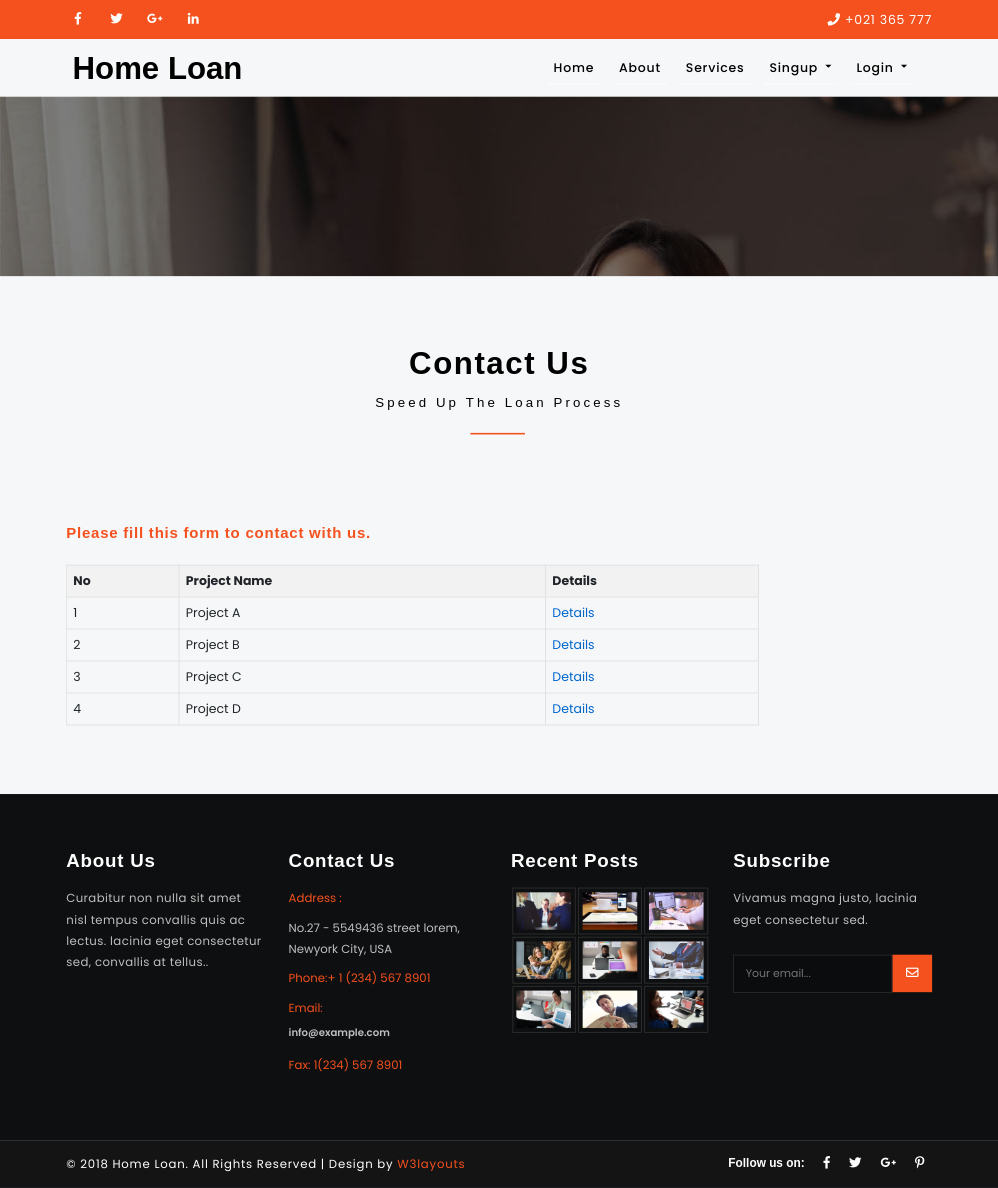
Repository: 72-faisal/Spring-MVC-project
Page: http://localhost/HomeLoan/WEB-INF/views/ApprovedProjectList.jsp
The author's editor kept a copy of each file at every save. The page is drawn from the files as they stood at one save, then again after the next save.
The browser window is 1280 px wide. The pictures show the whole page, at 78% of full size.
Some web fonts or font styles are not loaded; a fallback is used. The page is served by Tomcat 9. Nobody is signed in. Other server files are loaded and not shown. The template is opened directly, without the code that normally fills it, so the values that code supplies are empty.

Above is the page before, as saved 2023-12-29 05:02:56.

### HomeLoan/src/main/webapp/WEB-INF/views/ApprovedProjectList.jsp
<%@ page language="java" contentType="text/html; charset=ISO-8859-1"
	pageEncoding="ISO-8859-1"%>

<!--
Author: W3layouts
Author URL: http://w3layouts.com
License: Creative Commons Attribution 3.0 Unported
License URL: http://creativecommons.org/licenses/by/3.0/
-->
<!DOCTYPE HTML>
<html lang="zxx">

<head>
<title>Home Loan a Banking Category Flat Bootstrap Responsive
	Website Template | Contact :: w3layouts</title>
<meta name="viewport" content="width=device-width, initial-scale=1">
<meta charset="utf-8">
<meta name="keywords"
	content="Home Loan Responsive web template, Bootstrap Web Templates, Flat Web Templates, Android Compatible web template,
SmartPhone Compatible web template, free WebDesigns for Nokia, Samsung, LG, SonyEricsson, Motorola web design" />
<script>
	addEventListener("load", function() {
		setTimeout(hideURLbar, 0);
	}, false);

	function hideURLbar() {
		window.scrollTo(0, 1);
	}
</script>

<!-- Bootstrap Core CSS -->
<link href="<%=request.getContextPath()%>/resources/css/bootstrap.css"
	rel='stylesheet' type='text/css' />
<link href="<%=request.getContextPath()%>/resources/css/style.css"
	rel='stylesheet' type='text/css' />
<!-- font-awesome icons -->
<link
	href="<%=request.getContextPath()%>/resources/css/fontawesome-all.min.css"
	rel="stylesheet">
<!-- //Custom Theme files -->
<!-- online fonts -->
<!-- titles -->
<link
	href="//fonts.googleapis.com/css?family=Raleway:300,400,500,600,700,800,900"
	rel="stylesheet">
<!-- body -->
<link href="//fonts.googleapis.com/css?family=Poppins:400,500,600,700,800" rel="stylesheet">


	<style type="text/css">
        table {
            width: 80%; /* Adjust the width as needed (e.g., 70% to 80%) */
            border-collapse: collapse;
            margin-top: 20px;
        }

        th, td {
            border: 1px solid #dddddd;
            text-align: left;
            padding: 8px;
        }

        th {
            background-color: #f2f2f2;
        }

        a {
            color: #0066cc;
            text-decoration: none;
        }

        a:hover {
            text-decoration: underline;
        }
    </style>
</head>


<body>

	<!-- header -->
	<header>
		<div class="top">
			<div class="container">
				<div class="t-op row">
					<div class="col-sm-6 top-middle">
						<ul>
							<li><a href="#"><i class="fab fa-facebook-f"></i></a></li>
							<li><a href="#"><i class="fab fa-twitter"></i></a></li>
							<li><a href="#"><i class="fab fa-google-plus-g"></i></a></li>
							<li><a href="#"><i class="fab fa-linkedin-in"></i></a></li>
						</ul>
					</div>
					<div class="col-sm-6 top-left">
						<ul>
							<li><i class="fas fa-phone"></i> +021 365 777</li>
						</ul>
					</div>
				</div>
			</div>
		</div>
		<div class="container">
			<nav class="navbar navbar-expand-lg navbar-light">
				<h1>
					<a class="navbar-brand text-capitalize" href=index> Home Loan </a>
				</h1>
				<button class="navbar-toggler" type="button" data-toggle="collapse"
					data-target="#navbarSupportedContent"
					aria-controls="navbarSupportedContent" aria-expanded="false"
					aria-label="Toggle navigation">
					<span class="navbar-toggler-icon"></span>
				</button>

				<div class="collapse navbar-collapse" id="navbarSupportedContent">
					<ul class="navbar-nav text-center  ml-lg-auto">
						<li class="nav-item mr-3"><a class="nav-link" href=index>Home
								<span class="sr-only">(current)</span>
						</a></li>
						<li class="nav-item  mr-3"><a class="nav-link" href="about">About</a>
						</li>
						<li class="nav-item  mr-3"><a class="nav-link"
							href="services">Services</a></li>
						<li class="nav-item dropdown mr-3"><a
							class="nav-link dropdown-toggle" href="#" id="navbarDropdown"
							role="button" data-toggle="dropdown" aria-haspopup="true"
							aria-expanded="false"> Singup </a>
							<div class="dropdown-menu" aria-labelledby="navbarDropdown">
								<a class="dropdown-item" href="UserRegister">Register</a>
								<!-- <a class="dropdown-item" href="gallery">Gallery</a> -->
							</div></li>
						<li class="nav-item dropdown mr-3"><a
							class="nav-link dropdown-toggle" href="#" id="navbarDropdown"
							role="button" data-toggle="dropdown" aria-haspopup="true"
							aria-expanded="false"> Login </a>
							<div class="dropdown-menu" aria-labelledby="navbarDropdown">
								<a class="dropdown-item" href="UserLogin">Login</a>
								<!-- <a class="dropdown-item" href="gallery">Gallery</a> -->
							</div></li>
						<!-- 	<li class="nav-item active"><a class="nav-link"
							href="contact">contact</a></li> -->
					</ul>
				</div>
			</nav>
		</div>
	</header>
	<!-- //header -->
	<!-- banner -->
	<section class="banner-1"></section>
	<!-- //banner -->
	<!--/contact-->
	<section class="contact py-5">
		<div class="container py-md-4 mt-md-3">
			<h2 class="heading-agileinfo">
				Contact Us<span>Speed Up The Loan Process</span>
			</h2>
			<span class="w3-line black"></span>
			<div class="inner-sec-w3layouts-agileinfo mt-md-5 pt-5">

				<div class="contact_grid_right mt-5">
					<h6>Please fill this form to contact with us.</h6>
					<form action="UploadDocuments" method="post"
						enctype="multipart/form-data">

						<table>
							<thead>
								<tr>
									<th>No</th>
									<th>Project Name</th>
									<th>Details</th>
								</tr>
							</thead>
							<tbody>
								<tr>
									<td>1</td>
									<td>Project A</td>
									<td><a href="http://example.com/projectA/details">Details</a></td>
								</tr>
								<tr>
									<td>2</td>
									<td>Project B</td>
									<td><a href="http://example.com/projectB/details">Details</a></td>
								</tr>
								<tr>
									<td>3</td>
									<td>Project C</td>
									<td><a href="http://example.com/projectC/details">Details</a></td>
								</tr>
								<tr>
									<td>4</td>
									<td>Project D</td>
									<td><a href="http://example.com/projectD/details">Details</a></td>
								</tr>
							</tbody>
						</table>
					</form>
				</div>
			</div>
		</div>
	</section>
	<!--//contact-->
	<!--footer-->
	<footer>
		<div class="container py-md-4 mt-md-3">
			<div class="row footer-top-w3layouts-agile py-5">
				<div class="col-lg-3 col-md-6 col-sm-6 footer-grid">
					<div class="footer-title">
						<h3>About Us</h3>
					</div>
					<div class="footer-text">
						<p>Curabitur non nulla sit amet nisl tempus convallis quis ac
							lectus. lacinia eget consectetur sed, convallis at tellus..</p>

					</div>
				</div>
				<div class="col-lg-3 col-md-6 col-sm-6 footer-grid">
					<div class="footer-title">
						<h3>Contact Us</h3>
					</div>
					<div class="footer-office-hour">
						<ul>
							<li class="hd">Address :</li>
							<li>No.27 - 5549436 street lorem, Newyork City, USA</li>

						</ul>
						<ul>
							<li class="hd">Phone:+ 1 (234) 567 8901</li>
							<li class="hd">Email: <a href="mailto:info@example.com">info@example.com</a>
							</li>
							<li class="hd">Fax: 1(234) 567 8901</li>
						</ul>
					</div>
				</div>
				<div class="col-lg-3 col-md-6 col-sm-6 footer-grid">
					<div class="footer-title">
						<h3>Recent Posts</h3>
					</div>
					<div class="footer-list">
						<div class="flickr-grid">
							<a href="#" data-toggle="modal" data-target="#myModal"> <img
								src="<%=request.getContextPath()%>/resources/images/g1.jpg"
								class="img-fluid" alt=" ">
							</a>
						</div>
						<div class="flickr-grid">
							<a href="#" data-toggle="modal" data-target="#myModal"> <img
								src="<%=request.getContextPath()%>/resources/images/g2.jpg"
								class="img-fluid" alt=" ">
							</a>
						</div>
						<div class="flickr-grid">
							<a href="#" data-toggle="modal" data-target="#myModal"> <img
								src="<%=request.getContextPath()%>/resources/images/g3.jpg"
								class="img-fluid" alt=" ">
							</a>
						</div>
						<div class="flickr-grid">
							<a href="#" data-toggle="modal" data-target="#myModal"> <img
								src="<%=request.getContextPath()%>/resources/images/g4.jpg"
								class="img-fluid" alt=" ">
							</a>
						</div>
						<div class="flickr-grid">
							<a href="#" data-toggle="modal" data-target="#myModal"> <img
								src="<%=request.getContextPath()%>/resources/images/g5.jpg"
								class="img-fluid" alt=" ">
							</a>
						</div>
						<div class="flickr-grid">
							<a href="#" data-toggle="modal" data-target="#myModal"> <img
								src="<%=request.getContextPath()%>/resources/images/g6.jpg"
								class="img-fluid" alt=" ">
							</a>
						</div>
						<div class="flickr-grid">
							<a href="#" data-toggle="modal" data-target="#myModal"> <img
								src="<%=request.getContextPath()%>/resources/images/g7.jpg"
								class="img-fluid" alt=" ">
							</a>
						</div>
						<div class="flickr-grid">
							<a href="#" data-toggle="modal" data-target="#myModal"> <img
								src="<%=request.getContextPath()%>/resources/images/g9.jpg"
								class="img-fluid" alt=" ">
							</a>
						</div>
						<div class="flickr-grid">
							<a href="#" data-toggle="modal" data-target="#myModal"> <img
								src="<%=request.getContextPath()%>/resources/images/g8.jpg"
								class="img-fluid" alt=" ">
							</a>
						</div>
						<div class="clearfix"></div>
					</div>
				</div>
				<div class="col-lg-3 col-md-6 col-sm-6 footer-grid">
					<div class="footer-title">
						<h3>Subscribe</h3>
					</div>
					<p>Vivamus magna justo, lacinia eget consectetur sed.</p>
					<form action="#" method="post" class="newsletter">
						<input class="email" type="email" placeholder="Your email..."
							required="">
						<button class="btn1">
							<i class="far fa-envelope"></i>
						</button>
					</form>
					<div class="clearfix"></div>
				</div>
			</div>
		</div>
	</footer>
	<!---->
	<div class="copyright py-3">
		<div class="container">
			<div class="copyrighttop">
				<ul>
					<li>
						<h4>Follow us on:</h4>
					</li>
					<li><a class="facebook" href="#"> <i
							class="fab fa-facebook-f"></i>
					</a></li>
					<li><a class="facebook" href="#"> <i
							class="fab fa-twitter"></i>
					</a></li>
					<li><a class="facebook" href="#"> <i
							class="fab fa-google-plus-g"></i>
					</a></li>
					<li><a class="facebook" href="#"> <i
							class="fab fa-pinterest-p"></i>
					</a></li>
				</ul>
			</div>
			<div class="copyrightbottom">
				<p>
					© 2018 Home Loan. All Rights Reserved | Design by <a
						href="http://w3layouts.com/">W3layouts</a>
				</p>
			</div>
			<div class="clearfix"></div>
		</div>
	</div>
	<!-- Modal -->
	<div class="modal fade" id="myModal" tabindex="-1" role="dialog"
		aria-labelledby="exampleModalCenterTitle" aria-hidden="true">
		<div class="modal-dialog modal-dialog-centered" role="document">
			<div class="modal-content">
				<div class="modal-header">
					<h4 class="modal-title">Home Loan</h4>
					<button type="button" class="close" data-dismiss="modal"
						aria-label="Close">
						<span aria-hidden="true">&times;</span>
					</button>
				</div>
				<div class="modal-body">
					<div class="agileits-w3layouts-info">
						<img src="<%=request.getContextPath()%>/resources/images/g6.jpg"
							class="img-fluid" alt="" />
						<p>Duis venenatis, turpis eu bibendum porttitor, sapien quam
							ultricies tellus, ac rhoncus risus odio eget nunc. Pellentesque
							ac fermentum diam. Integer eu facilisis nunc, a iaculis felis.
							Pellentesque pellentesque tempor enim, in dapibus turpis
							porttitor quis.</p>
					</div>
				</div>
				<div class="modal-footer">
					<button type="button" class="btn btn-secondary"
						data-dismiss="modal">Close</button>
					<button type="button" class="btn btn-primary">Save changes</button>
				</div>
			</div>
		</div>
	</div>
	<!-- //Modal -->
	<!-- js-->
	<script
		src="<%=request.getContextPath()%>/resources/js/jquery-2.2.3.min.js"></script>
	<!-- js-->
	<!-- Bootstrap Core JavaScript -->
	<script src="<%=request.getContextPath()%>/resources/js/bootstrap.js ">

	</script>
	<!-- //Bootstrap Core JavaScript -->
</body>
</html>

Loaded but not shown: HomeLoan/src/main/webapp/WEB-INF/resources/assets/css/bootstrap.css (library); HomeLoan/src/main/webapp/WEB-INF/resources/assets/css/fontawesome-all.min.css (library); HomeLoan/src/main/webapp/WEB-INF/resources/assets/js/jquery-2.2.3.min.js (library); HomeLoan/src/main/webapp/WEB-INF/resources/assets/js/bootstrap.js (library); HomeLoan/src/main/webapp/WEB-INF/resources/assets/css/style.css (2094 lines, source omitted)

After the next save:
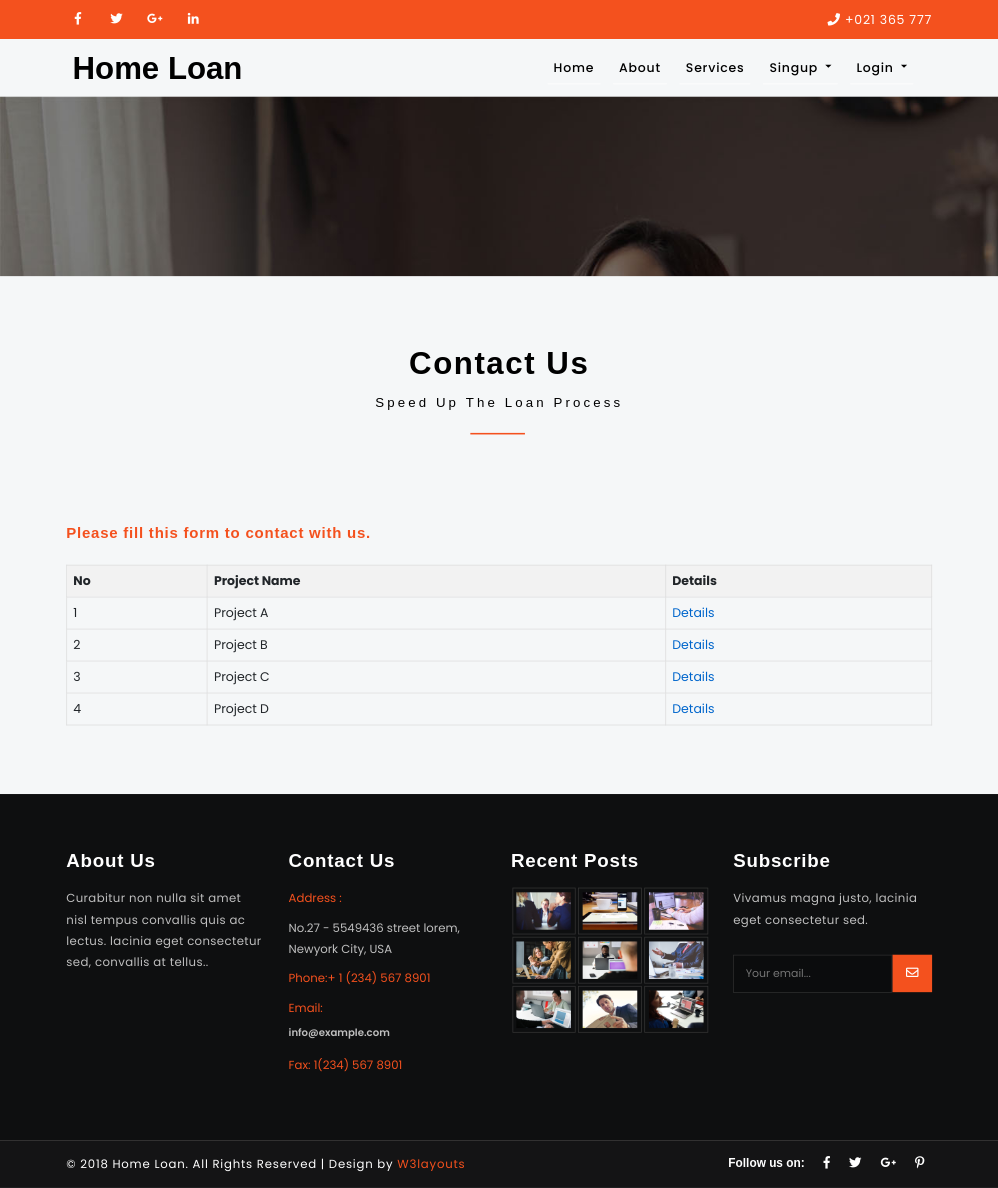
Saved 56 s later.
--- a/HomeLoan/src/main/webapp/WEB-INF/views/ApprovedProjectList.jsp
+++ b/HomeLoan/src/main/webapp/WEB-INF/views/ApprovedProjectList.jsp
@@ -49,7 +49,7 @@ SmartPhone Compatible web template, free WebDesigns for Nokia, Samsung, LG, Sony
 
 	<style type="text/css">
         table {
-            width: 80%; /* Adjust the width as needed (e.g., 70% to 80%) */
+            width: 100%; /* Adjust the width as needed (e.g., 70% to 80%) */
             border-collapse: collapse;
             margin-top: 20px;
         }
